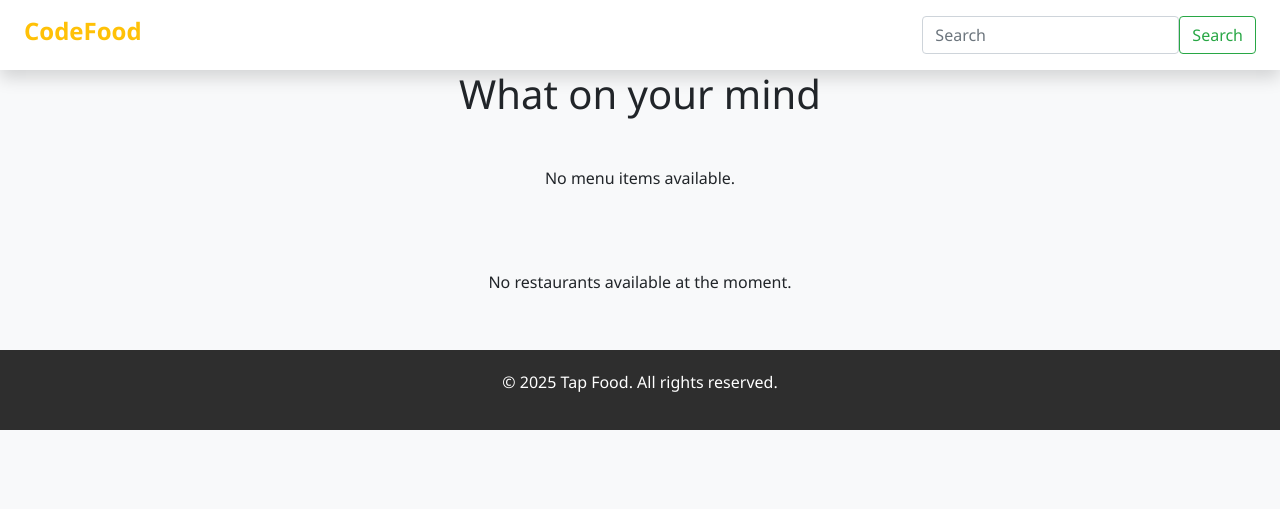
Repository: Rupeswarbhainsa777/Food-Web-App
Page: http://localhost/TapFoodApp/resturent.jsp
The author's editor kept a copy of each file at every save. The page is drawn from the files as they stood at one save, then again after the next save.
The browser window is 1280 px wide. The pictures show the whole page.
The page is served by Tomcat 10. Nobody is signed in. The application's start-up code is not run. Queries for data that is not in the repository find no rows.

Above is the page before, as saved 2025-05-02 18:17:14.

After the next save:
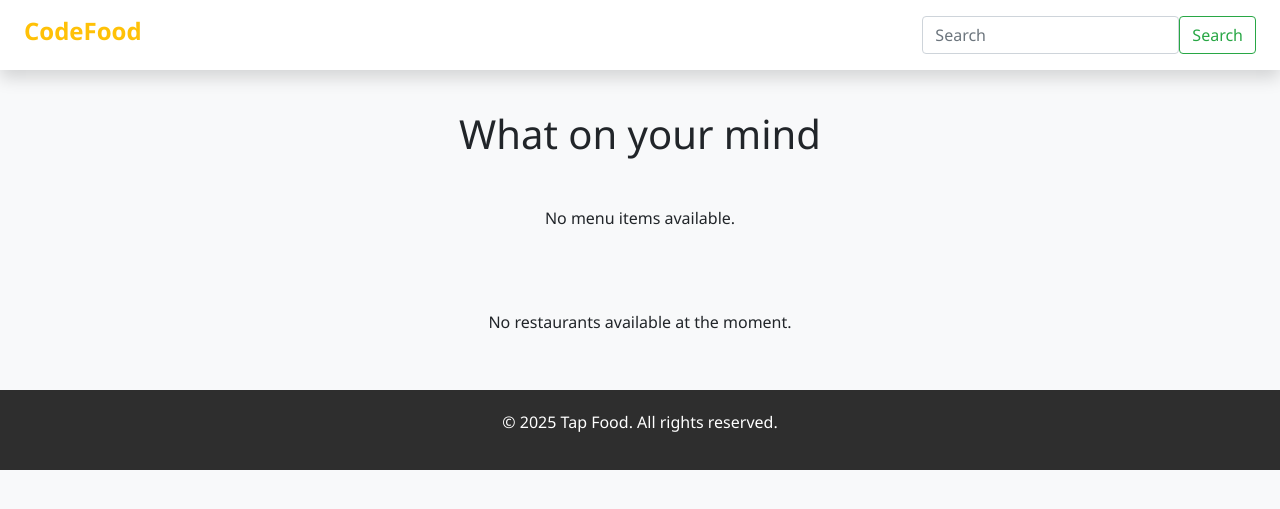
Saved 43 s later.
--- a/TapFoodApp/src/main/webapp/resturent.jsp
+++ b/TapFoodApp/src/main/webapp/resturent.jsp
@@ -154,7 +154,8 @@ body {
             margin-top: 8px;
         }
   .heading{
-
+   font-size: 2.5rem;
+      margin-top: 2.5rem;
   display: flex;
       align-items: center;
       justify-content: center;
